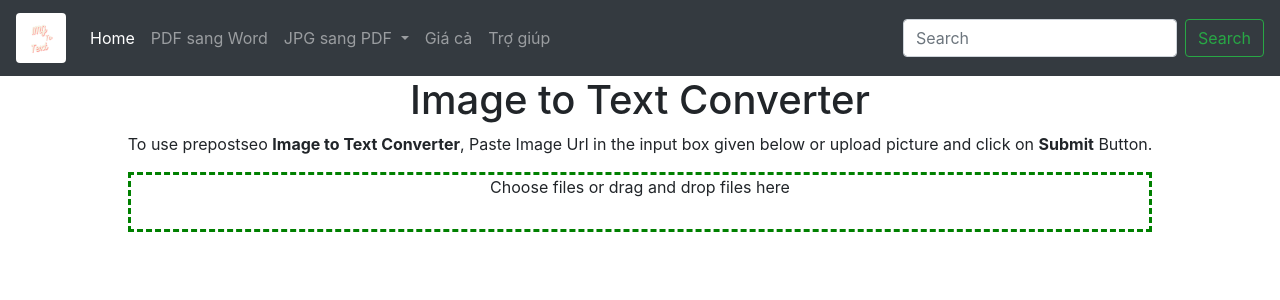
Repository: Tung1227/PBL6-2022
Page: index.html
An editor plug-in stored every save of this project. The page is shown before and after the next save, followed by the edit.
The browser window is 1280 px wide. The pictures show the whole page.

Above is the page before, as saved 2022-09-16 20:49:18.

### index.html
<!doctype html>
<html lang="en">

<head>
    <title>Title</title>
    <!-- Required meta tags -->
    <meta charset="utf-8">
    <meta name="viewport" content="width=device-width, initial-scale=1, shrink-to-fit=no">

    <!-- Bootstrap CSS -->
    <link rel="stylesheet" href="https://stackpath.bootstrapcdn.com/bootstrap/4.3.1/css/bootstrap.min.css"
        integrity="sha384-ggOyR0iXCbMQv3Xipma34MD+dH/1fQ784/j6cY/iJTQUOhcWr7x9JvoRxT2MZw1T" crossorigin="anonymous">
    <link rel="stylesheet" href="public/css/index.css">
</head>

<body>
    <nav class="navbar navbar-expand-lg navbar-dark bg-dark">
        <a class="navbar-brand" href="#">
            <img class="rounded" src="public/img/logo.png" width="50" height="50" alt="">
        </a>
        <button class="navbar-toggler" type="button" data-toggle="collapse" data-target="#navbarSupportedContent"
            aria-controls="navbarSupportedContent" aria-expanded="false" aria-label="Toggle navigation">
            <span class="navbar-toggler-icon"></span>
        </button>

        <div class="collapse navbar-collapse" id="navbarSupportedContent">
            <ul class="navbar-nav mr-auto">
                <li class="nav-item active">
                    <a class="nav-link" href="#">Home <span class="sr-only">(current)</span></a>
                </li>
                <li class="nav-item">
                    <a class="nav-link" href="#">PDF sang Word</a>
                </li>
                <li class="nav-item dropdown">
                    <a class="nav-link dropdown-toggle" href="#" id="navbarDropdown" role="button"
                        data-toggle="dropdown" aria-haspopup="true" aria-expanded="false">
                        JPG sang PDF
                    </a>
                    <div class="dropdown-menu" aria-labelledby="navbarDropdown">
                        <a class="dropdown-item" href="#">Action</a>
                        <a class="dropdown-item" href="#">Another action</a>
                        <div class="dropdown-divider"></div>
                        <a class="dropdown-item" href="#">Something else here</a>
                    </div>
                </li>
                <li class="nav-item">
                    <a class="nav-link" href="#">Giá cả</a>
                </li>
                <li class="nav-item">
                    <a class="nav-link" href="#">Trợ giúp</a>
                </li>
            </ul>
            <form class="form-inline my-2 my-lg-0 ">
                <input class="form-control mr-sm-2" type="search" placeholder="Search" aria-label="Search">
                <button class="btn btn-outline-success my-2 my-sm-0 " type="submit">Search</button>
            </form>
        </div>
    </nav>
    <div class="container d-flex justify-content-center mt-100">
        <div class="row">
            <div class="col-xs-1-12 text-center">
                <h1 class="">Image to Text Converter</h1>
                <p class="text16">To use prepostseo <strong>Image to Text Converter</strong>, Paste Image Url in the
                    input
                    box given below or upload picture and click on <strong>Submit</strong> Button.</p>
                <div class="file-drop-area">
                    <span class="choose-file-button">Choose files</span>
                    <span class="file-message">or drag and drop files here</span>
                    <input class="file-input" type="file" multiple>
                </div>
            </div>
        </div>
    </div>
    <!-- Optional JavaScript -->
    <!-- jQuery first, then Popper.js, then Bootstrap JS -->
    <script src="https://code.jquery.com/jquery-3.3.1.slim.min.js"
        integrity="sha384-q8i/X+965DzO0rT7abK41JStQIAqVgRVzpbzo5smXKp4YfRvH+8abtTE1Pi6jizo"
        crossorigin="anonymous"></script>
    <script src="https://cdnjs.cloudflare.com/ajax/libs/popper.js/1.14.7/umd/popper.min.js"
        integrity="sha384-UO2eT0CpHqdSJQ6hJty5KVphtPhzWj9WO1clHTMGa3JDZwrnQq4sF86dIHNDz0W1"
        crossorigin="anonymous"></script>
    <script src="https://stackpath.bootstrapcdn.com/bootstrap/4.3.1/js/bootstrap.min.js"
        integrity="sha384-JjSmVgyd0p3pXB1rRibZUAYoIIy6OrQ6VrjIEaFf/nJGzIxFDsf4x0xIM+B07jRM"
        crossorigin="anonymous"></script>
</body>

</html>

### public/css/index.css
*{
    padding: 0px;
    margin: 0px;
}

.file-drop-area{
    border: dashed green;
}

.file-input {
    height: 100%;
    width: 100%;
    cursor: pointer;
    opacity: 0;
  }

After the next save:
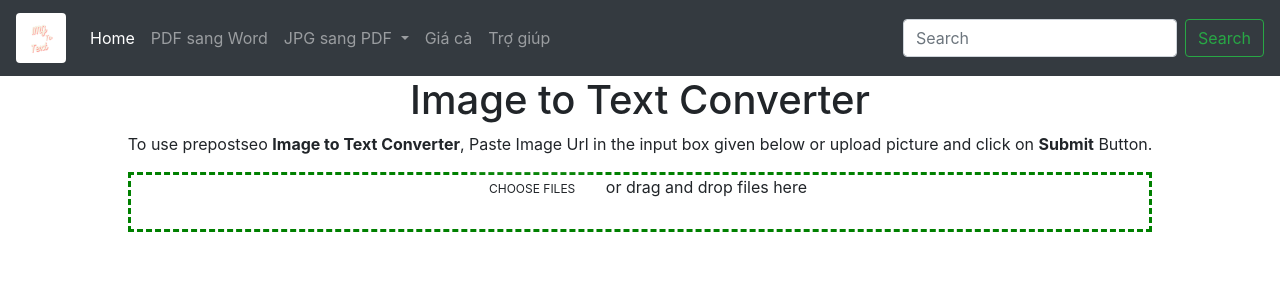
Saved 79 s later.
--- a/public/css/index.css
+++ b/public/css/index.css
@@ -1,9 +1,9 @@
-*{
+* {
     padding: 0px;
     margin: 0px;
 }
 
-.file-drop-area{
+.file-drop-area {
     border: dashed green;
 }
 
@@ -12,4 +12,15 @@
     width: 100%;
     cursor: pointer;
     opacity: 0;
-  }
+}
+
+.choose-file-button {
+    flex-shrink: 0;
+    background-color: rgba(255, 255, 255, 0.04);
+    border: 1px solid rgba(255, 255, 255, 0.1);
+    border-radius: 3px;
+    padding: 8px 15px;
+    margin-right: 10px;
+    font-size: 12px;
+    text-transform: uppercase;
+}
